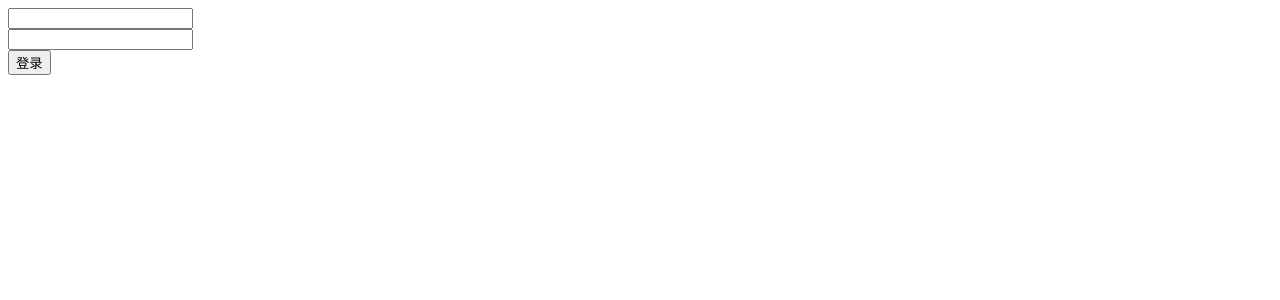
Repository: tian7815/1.25_fenye
Page: http://localhost/Day08/Admin.jsp
These files come from the project's save history. The page is drawn as it stood at one moment and after the next save; the edit follows.
The browser window is 1280 px wide. The pictures show the whole page.
The page is served by Tomcat 9.

Above is the page before, as saved 2021-01-25 02:49:22.

After the next save:
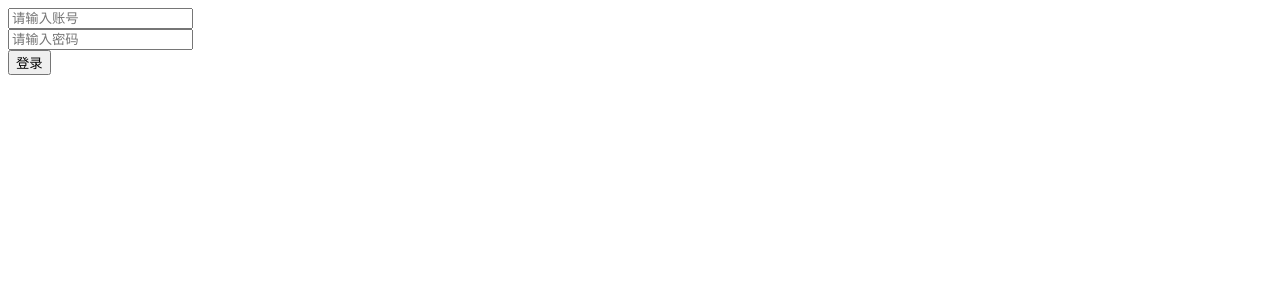
Saved 51 s later.
--- a/web5/Day08/WebRoot/Admin.jsp
+++ b/web5/Day08/WebRoot/Admin.jsp
@@ -24,8 +24,8 @@ String basePath = request.getScheme()+"://"+request.getServerName()+":"+request.
 
   <body>
     <form action="AdminServlet" method="get">
-        <input type="text" name="idtext" placehoder="请输入账号"/><br>
-        <input type="password" name="pwdtext" placehoder="请输入密码"/><br>
+        <input type="text" name="idtext" placeholder="请输入账号"/><br>
+        <input type="password" name="pwdtext" placeholder="请输入密码"/><br>
         <input type="submit" value="登录"/>
     </form>
   </body>
